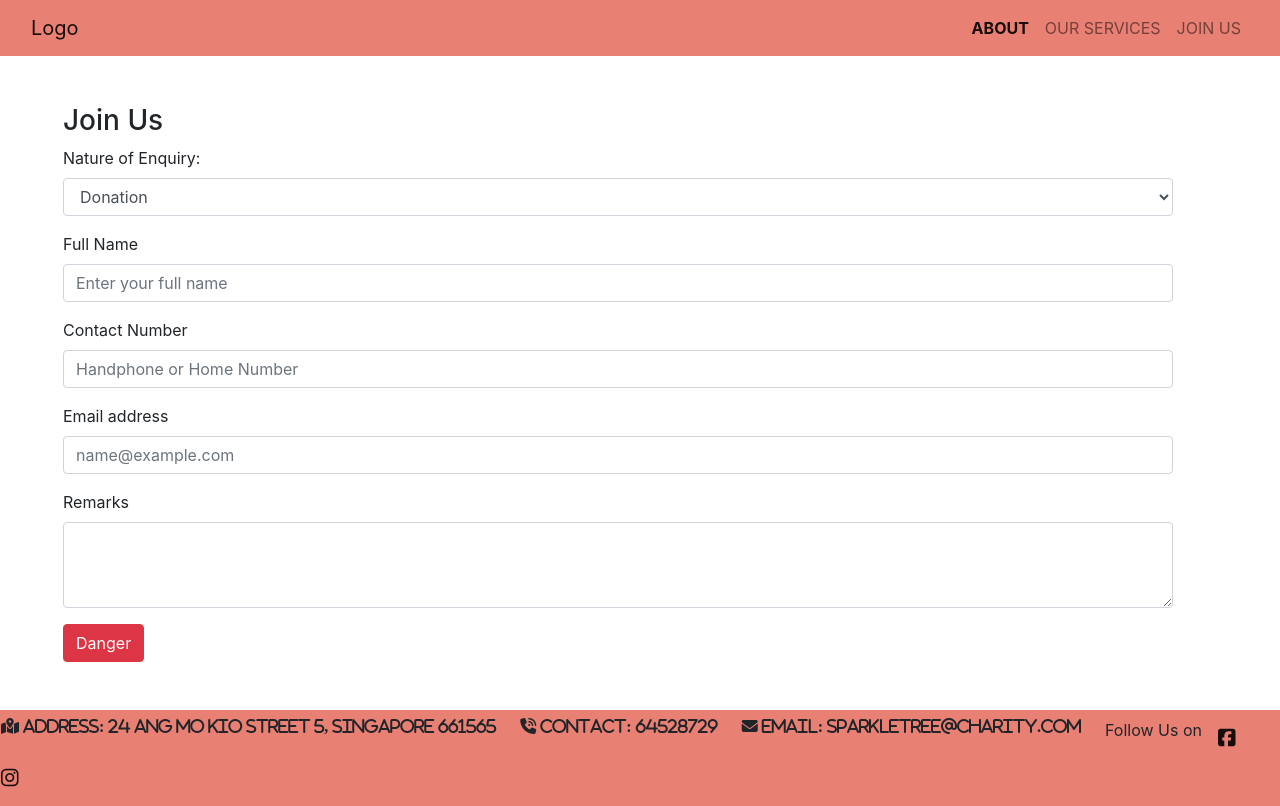
Repository: Code-Institute-Submissions/Jasonngyt-Project1
Page: enquiry.html
The author's editor kept a record of every edit. The page is drawn from the files as they stood at one moment, then again after the next edit.
The browser window is 1280 px wide. The pictures show the whole page.
Some web fonts or font styles are not loaded; a fallback is used. Some web libraries are served in a nearby version.

Above is the page before.

### enquiry.html
<!DOCTYPE html>
<html lang="en">
<head>
    <meta charset="UTF-8">
    <meta name="viewport" content="width=device-width, initial-scale=1.0">
    <meta http-equiv="X-UA-Compatible" content="ie=edge">
    <title>Donation/Volunteer</title>

    <!-- Bootsrap CSS -->
    <link rel="stylesheet" href="https://stackpath.bootstrapcdn.com/bootstrap/4.3.1/css/bootstrap.min.css" integrity="sha384-ggOyR0iXCbMQv3Xipma34MD+dH/1fQ784/j6cY/iJTQUOhcWr7x9JvoRxT2MZw1T" crossorigin="anonymous">

    <!-- Font Awesome -->
    <script src="https://kit.fontawesome.com/749eb0769b.js"></script>

    <!--Google Font -->
    <link href="https://fonts.googleapis.com/css?family=PT+Serif+Caption&display=swap" rel="stylesheet">

    <!-- mystyle.css -->
    <link rel="stylesheet" href="CSSstyle/mystyle.css" type="text/css"/>

</head>
<body>

    <!-- Navbar -->
    <nav class="navbar navbar-expand-md navbar-light sticky-top">
        <div class="container-fluid">
            <a class="navbar-brand" href="index.html">Logo</a>
            <button class="navbar-toggler" type="button" data-toggle="collapse" data-target="#navbarSupportedContent">
                <span class="navbar-toggler-icon"></span>
            </button>

            <div class="collapse navbar-collapse" id="navbarSupportedContent">
                <ul class="navbar-nav ml-auto">
                    <li class="nav-item active">
                        <a class="nav-link nav text-uppercase" href="index.html"><strong>About</strong><span class="sr-only">(current)</span></a>
                    </li>
                    <li class="nav-item">
                        <a class="nav-link text-uppercase" href="services.html">Our Services</a>
                    </li>
                    <li class="nav-item">
                        <a class="nav-link text-uppercase" href="enquiry.html" tabindex="-1">Join Us</a>
                    </li>
                </ul>
            </div>
        </div>
    </nav>

    <!-- Form -->
    <div class="container m-5">
        <div><h3> Join Us </h3></div>
        <form>
            <div class="form-group">
                <label for="EnquiryType">Nature of Enquiry: </label>
                <select class="form-control" id="EnquiryType">
                    <option>Donation</option>
                    <option>Volunter</option>
                    <option>General Enquiries</option>
                </select>
            </div>
            <div class="form-group">
                <label for="formName">Full Name</label>
                <input type="text" class="form-control" id="formName" placeholder="Enter your full name">
            </div>
             <div class="form-group">
                <label for="formContact">Contact Number</label>
                <input type="tel" class="form-control" id="formContact" placeholder="Handphone or Home Number">
            </div>
            <div class="form-group">
                <label for="formEmail">Email address</label>
                <input type="email" class="form-control" id="formEmail" placeholder="name@example.com">
            </div>
            <div class="form-group">
                <label for="formRemarks">Remarks</label>
                <textarea class="form-control" id="formRemarks" rows="3"></textarea>
            </div>
            <button type="button" class="btn btn-danger">Danger</button>
        </form>
    </div>

    <!-- Footer Navbar -->
    <nav class="navbar navbar-light justify-content-center">
        <div class="row">
            <div class="fas fa-map-marked-alt pr-4"> Address: 24 Ang Mo Kio Street 5, Singapore 661565</div>
            <div class="fas fa-phone-volume pr-4"> Contact: 64528729</div>
            <div class="fas fa-envelope pr-4"> Email: sparkletree@charity.com </div>
            <p class="pr-3">Follow Us on </p>
            <a class="navbar-brand" href="#! pr-4"><i class="fab fa-facebook-square pr-3"></i></a>
            <a class="navbar-brand" href="#!"><i class="fab fa-instagram"></i></a>
        </div>
    </nav>

    <!- Bootstrap Javascript -->
    <script src="https://code.jquery.com/jquery-3.3.1.slim.min.js" integrity="sha384-q8i/X+965DzO0rT7abK41JStQIAqVgRVzpbzo5smXKp4YfRvH+8abtTE1Pi6jizo" crossorigin="anonymous"></script>
    <script src="https://cdnjs.cloudflare.com/ajax/libs/popper.js/1.14.7/umd/popper.min.js" integrity="sha384-UO2eT0CpHqdSJQ6hJty5KVphtPhzWj9WO1clHTMGa3JDZwrnQq4sF86dIHNDz0W1" crossorigin="anonymous"></script>
    <script src="https://stackpath.bootstrapcdn.com/bootstrap/4.3.1/js/bootstrap.min.js" integrity="sha384-JjSmVgyd0p3pXB1rRibZUAYoIIy6OrQ6VrjIEaFf/nJGzIxFDsf4x0xIM+B07jRM" crossorigin="anonymous"></script>
</body>
</html>

### CSSstyle/mystyle.css
.navbar{
    background-color: #E98074;
}
.nav {
    text-transform: uppercase
}

.about_font {
    font-family: 'PT Serif Caption', serif;
}

.about{
    background-color: #EAE7DC;
    padding: 0px;
    margin: 0px;
}

.about_bg {
    position: relative;
    background-image: url("../image/superchild.jpg");
    padding: 0%;
    width: 100%;
    height: 80vh;
    background-position: center;
    background-repeat: no-repeat;
    background-size: cover;
}

.statistic {
    height: 150px;
    background-color: #E85A4F;
    margin: 20px;
    color: white;
    padding: 20px;
}

.services {
    border: 3px #E85A4F solid;
    background-color: #E85A4F;
    color: white;
}

.services_border {
    border: 1px #E85A4F solid;
}

After the next edit:
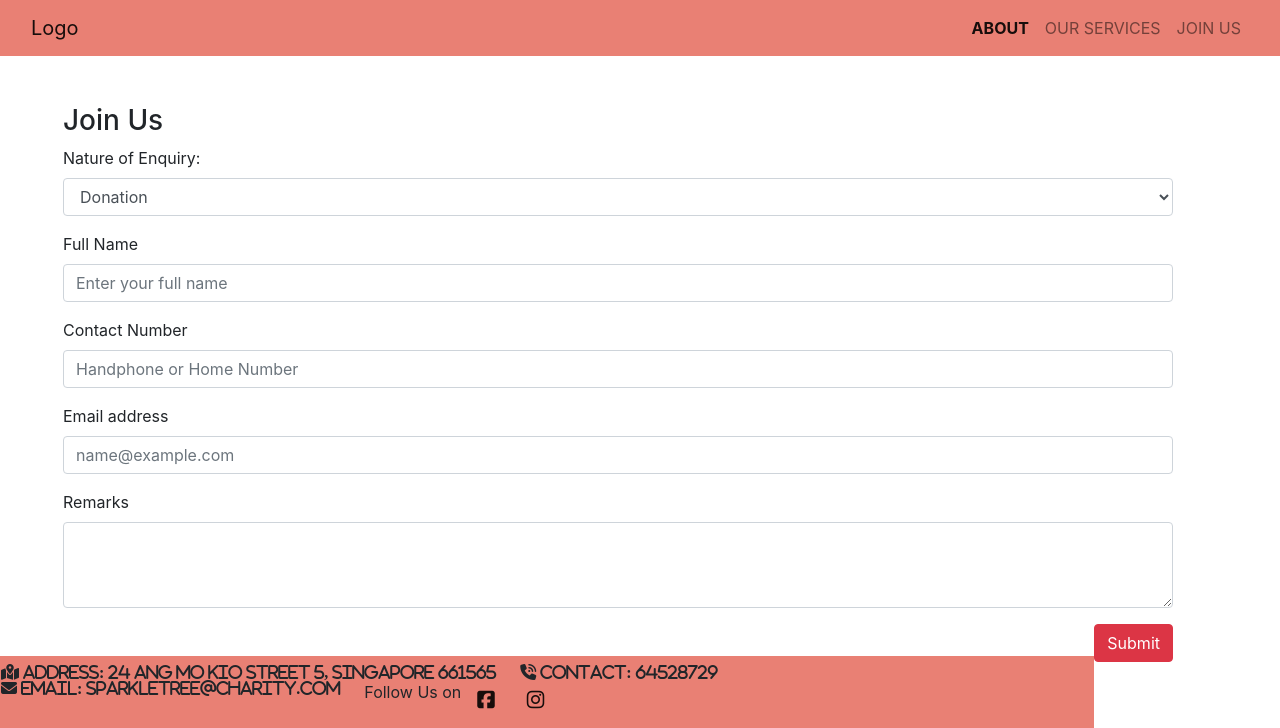
The edit:
--- a/enquiry.html
+++ b/enquiry.html
@@ -73,7 +73,7 @@
                 <label for="formRemarks">Remarks</label>
                 <textarea class="form-control" id="formRemarks" rows="3"></textarea>
             </div>
-            <button type="button" class="btn btn-danger">Danger</button>
+            <button type="submit" class="btn btn-danger float-right">Submit</button>
         </form>
     </div>
 
